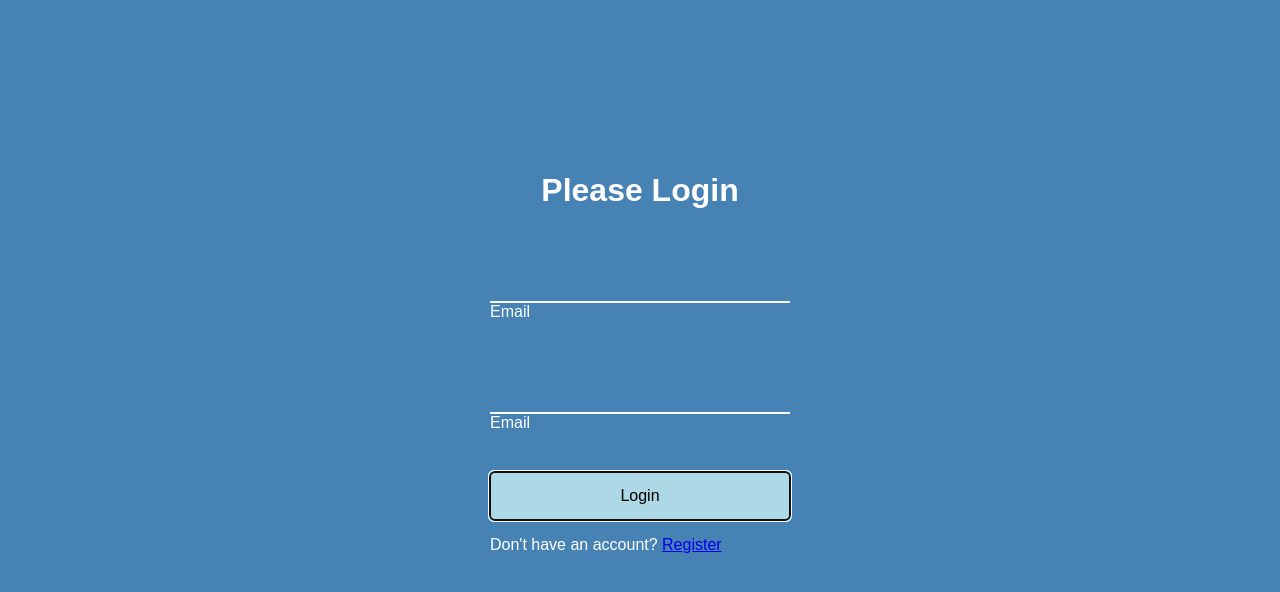
Repository: eagle-tex/50-projects-BT
Page: 08-form-wave-animation/index.html
The author's editor kept a copy of each file at every save. The page is drawn from the files as they stood at one save, then again after the next save.
The browser window is 1280 px wide. The pictures show the whole page.
The first visible `.btn` has the focus.
Some web fonts or font styles are not loaded; a fallback is used.

Above is the page before, as saved 2021-01-07 23:24:43.

### 08-form-wave-animation/index.html
<!DOCTYPE html>
<html lang="en">

<head>
  <meta charset="UTF-8" />
  <meta name="viewport" content="width=device-width, initial-scale=1.0" />
  <link rel="stylesheet" href="style.css" />
  <title>Form Input Wave</title>
</head>

<body>
  <h1>Please Login</h1>
  <form action="">
    <div class="form-control">
      <input type="text" required>
      <label for="">Email</label>
    </div>

    <div class="form-control">
      <input type="text" required>
      <label for="">Email</label>
    </div>

    <button class="btn">Login</button>

    <p class="text">Don't have an account?
      <a href="#">Register</a>
    </p>
  </form>

  <script src="script.js"></script>
</body>

</html>

### 08-form-wave-animation/style.css
@import url('https://fonts.googleapis.com/css?family=Muli&display=swap');

* {
  box-sizing: border-box;
}

body {
  background-color: steelblue;
  color: #fff;
  font-family: 'Muli', sans-serif;
  display: flex;
  flex-direction: column;
  align-items: center;
  justify-content: center;
  height: 100vh;
  overflow: hidden;
  margin: 0;
}

.container {
  background-color: rgba(0, 0, 0, 0.4);
  padding: 20px 40px;
  border-radius: 5px;
  -webkit-border-radius: 5px;
  -moz-border-radius: 5px;
  -ms-border-radius: 5px;
  -o-border-radius: 5px;
}

.container h1 {
  text-align: center;
  margin-bottom: 30px;
}

.container a {
  text-decoration: none;
  color: lightblue;
}

.btn {
  cursor: pointer;
  display: inline-block;
  width: 100%;
  background: lightblue;
  padding: 15px;
  font-family: inherit;
  font-size: 16px;
  border: 0;
  border-radius: 5px;
  -webkit-border-radius: 5px;
  -moz-border-radius: 5px;
  -ms-border-radius: 5px;
  -o-border-radius: 5px;
}

.form-control {
  position: relative;
  margin: 20px 0 40px;
  width: 300px;
}

.form-control input {
  background-color: transparent;
  border: 0;
  border-bottom: 2px solid #fff;
  display: block;
  width: 100%;
  padding: 15px 0;
  font-size: 18px;
  color: #fff;
}

.form-control input:focus,
.form-control input:valid {
  outline: 0;
}

Loaded but not shown: 08-form-wave-animation/script.js (no stored copy; drawn as an empty file)

After the next save:
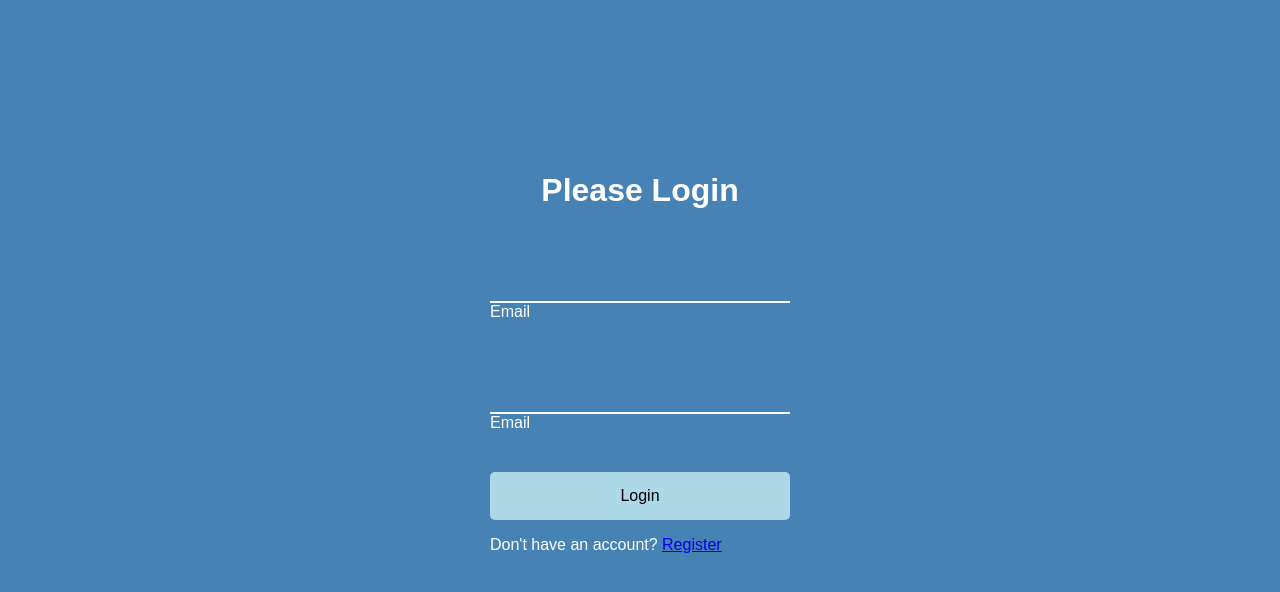
Saved 27 s later.
--- a/08-form-wave-animation/style.css
+++ b/08-form-wave-animation/style.css
@@ -53,6 +53,10 @@ body {
   -o-border-radius: 5px;
 }
 
+.btn:focus {
+  outline: 0;
+}
+
 .form-control {
   position: relative;
   margin: 20px 0 40px;
